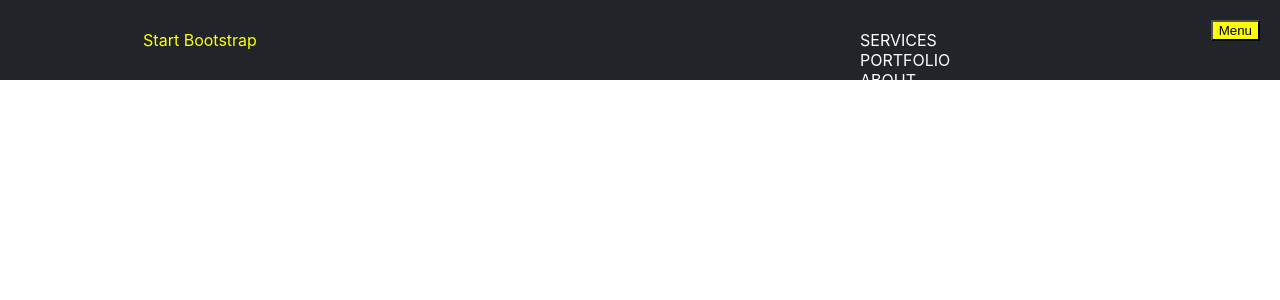
Repository: ooter37/media-queries-afternoon
Page: / (app in portfolio-clone/)
These files come from the project's save history. The page is drawn as it stood at one moment and after the next save; the edit follows.
The browser window is 1280 px wide. The pictures show the whole page.
The project was rebuilt for these pictures with package versions that can differ from the ones it lists, and the page was loaded fresh each time.

Above is the page before, as saved 2020-04-13 15:08:22.

After the next save:
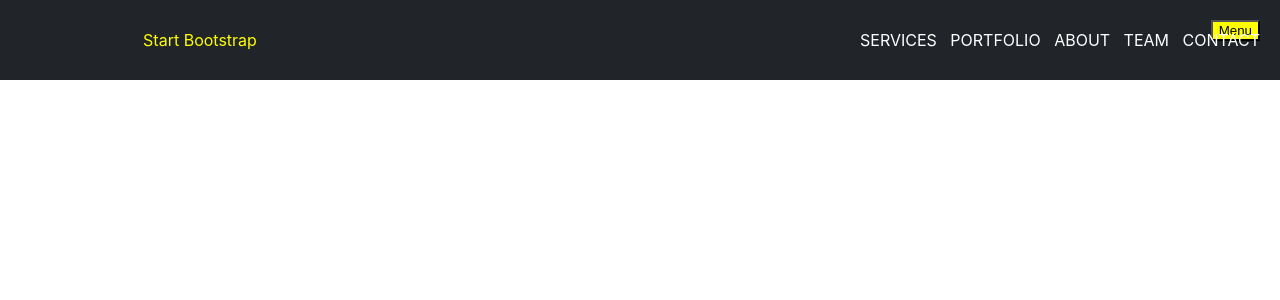
Saved 31 s later.
--- a/portfolio-clone/src/Components/Banner.js
+++ b/portfolio-clone/src/Components/Banner.js
@@ -26,15 +26,15 @@ export default class Banner extends React.Component {
                     <div className='start-bootstrap'>Start Bootstrap</div>
                             <button className='menu-button' onClick={() => this.toggleSidebar()}>Menu</button>
                     {/* <div className={this.state.hideSidebar ? 'hidden-buttons': 'buttons'}> */}
+                                <div className='buttons-background'>
                     <div className='buttons'>
-                            <div className='side-buttons'>
-                                <div className='buttons-background'>
+
                                 <div>SERVICES</div>
                                 <div>PORTFOLIO</div>
                                 <div>ABOUT</div>
                                 <div>TEAM</div>
                                 <div>CONTACT</div>
-                            </div>
+
                     </div>
                     </div>
                 </nav>
